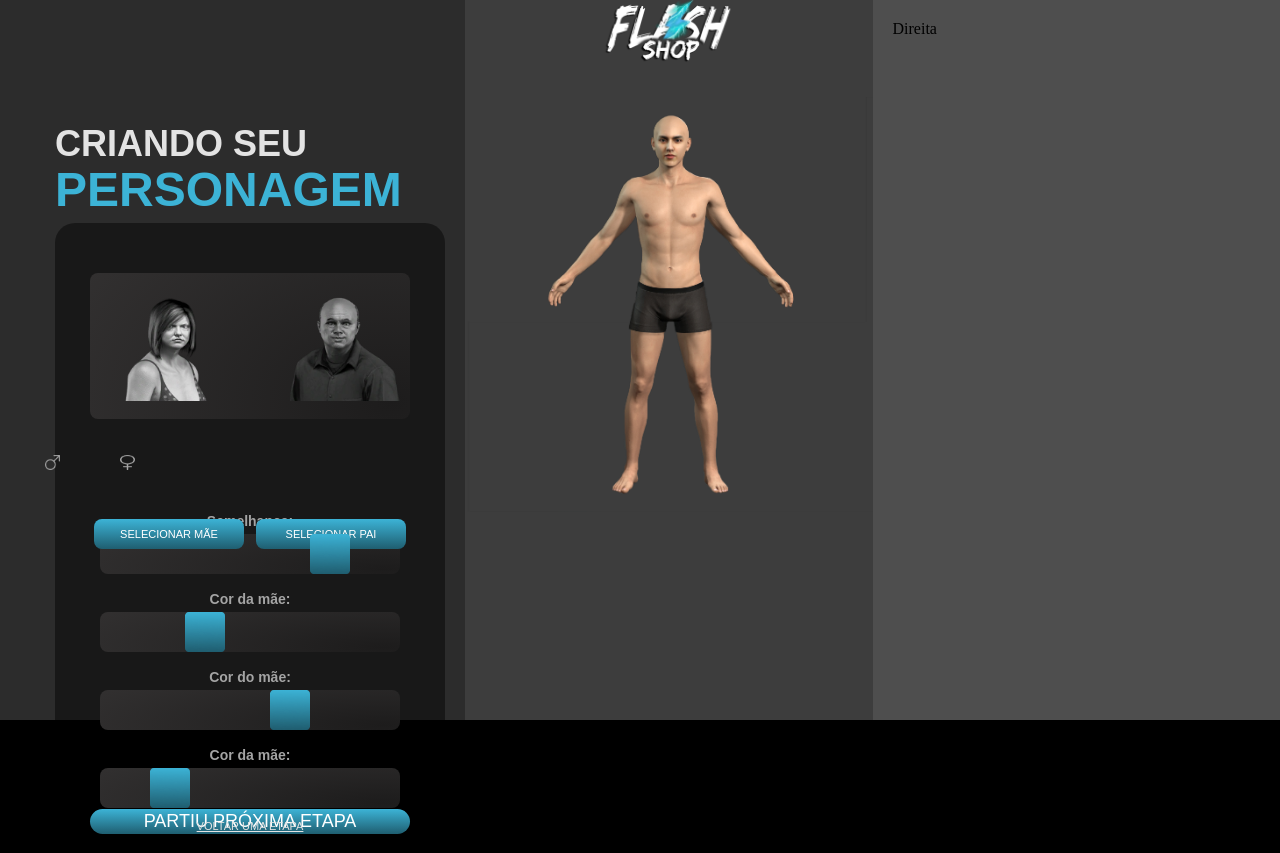
Repository: DuMCorrea/CriandoPerso
Page: index.html
These files come from the project's save history. The page is drawn as it stood at one moment and after a run of saves; the edit follows.
The browser window is 1280 px wide. The pictures show the whole page.

Above is the page before, as saved 2024-08-29 15:32:30.

### index.html
<!DOCTYPE html>
<html lang="en">
<head>
    <meta charset="UTF-8">
    <meta name="viewport" content="width=device-width, initial-scale=1.0">
    <title>Dividindo a Tela com Imagens</title>
    <link rel="stylesheet" href="styles.css">
</head>
<body>
    <div class="container">
        <div class="left">
            <h1 class="title">
                <span class="part1">CRIANDO SEU</span>
                <span class="part2">PERSONAGEM</span>
            </h1>
            <div class="vertical-rectangle">
                <div class="image-rectangle">
                    <img src="assets/mulher.png" alt="Imagem 1" class="rectangle-image">
                    <img src="assets/homem.png" alt="Imagem 2" class="rectangle-image">
                </div>
                <div class="button-group">
                    <button class="top-button">SELECIONAR MÃE</button>
                    <button class="top-button">SELECIONAR PAI</button>
                </div>
                <div class="rectangles-group">
                    <div class="image-container">
                        <img src="assets/Fem.png" alt="Imagem 1" class="small-image left-image">
                        <img src="assets/Masc.png" alt="Imagem 2" class="small-image right-image">
                    </div>
                    <div class="rectangle-title">Semelhança:</div>
                    <div class="gradient-rectangle">
                        <img src="assets/quadradoAzul.png" alt="Imagem 1" class="small-image1">
                    </div>

                    <div class="rectangle-title">Cor da mãe:</div>
                    <div class="gradient-rectangle">
                        <img src="assets/quadradoAzul.png" alt="Imagem 2" class="small-image2">
                    </div>

                    <div class="rectangle-title">Cor do mãe:</div>
                    <div class="gradient-rectangle">
                        <img src="assets/quadradoAzul.png" alt="Imagem 3" class="small-image3">
                    </div>

                    <div class="rectangle-title">Cor da mãe:</div>
                    <div class="gradient-rectangle">
                        <img src="assets/quadradoAzul.png" alt="Imagem 4" class="small-image4">
                    </div>
                </div>
                <button class="rectangle-button">PARTIU PRÓXIMA ETAPA</button>
                <button class="back-button">VOLTAR UMA ETAPA</button>
            </div>
        </div>
        <div class="center">
            <img src="assets/FlashStore 1 (1).png" alt="Imagem 1" class="top-image">
            <img src="assets/boneco 2.png" alt="Imagem 2" class="center-image">
        </div>
        <div class="right">Direita</div>
    </div>
</body>

</html>

### styles.css
body, html {
    margin: 0;
    padding: 0;
    height: 100%;
    display: flex;
    justify-content: center;
    align-items: center;
    background-color: #000; /* Fundo escuro */
}

.container {
    display: flex;
    width: 100%;
    height: 100%;
}

.container > div {
    flex: 1; /* Cada div ocupa 1/3 do espaço disponível */
    height: 100%;
    padding: 20px;
    box-sizing: border-box;
}



/* PARTE ESQUERDA */



.left {
    background-color: #2c2c2c;
    display: flex;
    flex-direction: column;
    justify-content: flex-start;
    align-items: flex-start;

}

.title {
    margin: 100px 0 0 0; /* Adiciona margem superior para mover o título para baixo */
    padding: 0;
}

.part1 {
    font-family: 'Baloo Bhai', sans-serif;
    font-size: 36px;
    font-weight: 700; /* Aumenta o peso da fonte para deixá-la mais grossa */
    line-height: 48px;
    text-align: left;
    color: #E3E3E3;
    display: block;
    margin-bottom: -10px; /* Reduz a distância entre as duas partes do título */
    margin-left: 35px;
}

.part2 {
    font-family: 'Baloo Bhai', sans-serif;
    font-size: 48px;
    font-weight: 700; /* Aumenta o peso da fonte para deixá-la mais grossa */
    line-height: 64px;
    text-align: left;
    color: #3CB3D6;
    display: block;
    margin-left: 35px;
}

.vertical-rectangle {
    width: 390px; /* Largura do retângulo */
    height: 630px; /* Altura do retângulo */
    background: #00000075; /* Cor de fundo com opacidade */
    border-radius: 20px; /* Bordas arredondadas */
    margin-left: 35px; /* Alinhamento com o título */
    margin-top: 1px; /* Espaço entre o título e o retângulo */
    display: flex;
    flex-direction: column;
    justify-content: space-between; /* Distribui o espaço */
    align-items: center; /* Centraliza os conteúdos */
}


.rectangle-button {
    width: 320px; /* Largura do botão */
    height: 50px; /* Altura do botão */
    background: linear-gradient(180deg, #3CB3D6 0%, #1F5E70 100%); /* Gradiente de cor */
    border-radius: 15px; /* Bordas arredondadas */
    border: none; /* Remove borda padrão do botão */
    color: white; /* Cor do texto */
    font-family: 'Baloo Bhai', sans-serif;
    font-size: 18px; /* Tamanho do texto */
    display: flex;
    justify-content: center; /* Centraliza horizontalmente */
    align-items: center; /* Centraliza verticalmente */
    margin-bottom: -15px; /* Ajusta o espaçamento superior */
    cursor: pointer;
}

.back-button {
    background: none; /* Remove o fundo */
    border: none; /* Remove a borda */
    color: #E3E3E3; /* Cor do texto */
    font-family: 'Baloo Bhai', sans-serif;
    font-size: 11px; /* Tamanho do texto */
    margin-bottom: 20px; /* Espaçamento superior ajustado */
    text-decoration: underline; /* Adiciona sublinhado */
    cursor: pointer; /* Muda o cursor ao passar por cima */
}


.button-group {
    display: flex;
    justify-content: space-between; /* Espaça os botões igualmente */
    width: 0%; /* Largura igual à do retângulo */
    padding: 10px 20px; /* Adiciona espaçamento ao redor dos botões */
}

.top-button {
    width: 50px; /* Largura dos botões */
    height: 40px; /* Altura dos botões */
    background: linear-gradient(180deg, #3CB3D6 0%, #1F5E70 100%); /* Gradiente de cor */
    border-radius: 15px; /* Bordas arredondadas */
    border: none; /* Remove borda padrão do botão */
    color: white; /* Cor do texto */
    font-family: 'Baloo Bhai', sans-serif;
    font-size: 16px; /* Tamanho do texto */
    display: flex;
    justify-content: center; /* Centraliza horizontalmente */
    align-items: center; /* Centraliza verticalmente */
    cursor: pointer;
}




.gradient-rectangle {
    width: 300px; /* Largura igual ao botão */
    height: 40px; /* Altura padrão para cada retângulo, ajuste conforme necessário */
    background: radial-gradient(547.21% 823.76% at 94.51% 88.04%, #1D1C1C 0%, #837E7E 100%);
    border-radius: 8px; /* Bordas arredondadas, igual ao botão */
    margin-bottom: 1px; /* Diminui a distância entre os retângulos */
    margin-top: 38px;
    margin-left: 0px;
}

.rectangle-title {
    width: 300px; /* Largura igual ao botão e retângulos */
    height: 30px; /* Altura do título */
    border-radius: 8px; /* Bordas arredondadas */
    display: flex;
    align-items: center; /* Centraliza verticalmente o texto */
    justify-content: center; /* Centraliza horizontalmente o texto */
    color: #A4A4A4; /* Cor do texto */
    font-weight: 700;
    font-family: 'Baloo Bhai', sans-serif;
    font-size: 14px; /* Tamanho do texto */
    margin-bottom: -40px; /* Espaçamento entre o título e o retângulo */
    margin-top: 10px;

}

.image-container {
    width: 50%;
    display: flex;
    justify-content: space-between; /* Coloca uma imagem em cada lado */
    position: absolute; /* As imagens ficam fora do fluxo normal */
    top: 10px; /* Ajusta a posição acima do retângulo */
    padding: 0 10px; /* Espaçamento lateral entre as bordas */
}

.small-image {
    width: 15px; /* Define o tamanho da imagem */
    height: 15px;
}

.left-image {
    position: relative;
    left: 10px;
    top: 445px;
}

.right-image {
    position: relative;
    right: 690px;
    top: 445px
}

.small-image1 {
    width: 40px;
    height: 40px;
    left: 210px;
    position: relative;
}
.small-image2 {
    width: 40px;
    height: 40px;
    left: 85px;
    position: relative;
}
.small-image3 {
    width: 40px;
    height: 40px;
    left: 170px;
    position: relative;
}
.small-image4 {
    width: 40px;
    height: 40px;
    left: 50px;
    position: relative;
}

.button-group {
    display: flex;
    justify-content: space-between; /* Espaça os botões igualmente */
    width: 80%; /* Largura do grupo de botões */
    height: 1%;
    top: 70px;
    position: relative;
}

.top-button {
    width: 150px; /* Largura dos botões */
    height: 30px; /* Altura dos botões */
    background: linear-gradient(180deg, #3CB3D6 0%, #1F5E70 100%); /* Gradiente de cor */
    border-radius: 8px; /* Bordas arredondadas */
    border: none; /* Remove borda padrão do botão */
    color: white; /* Cor do texto */
    font-family: 'Baloo Bhai', sans-serif;
    font-size: 11px; /* Tamanho do texto */
    cursor: pointer;
}

.rectangles-group {
    margin-top: 30px; /* Ajusta o espaçamento superior */
}

.image-rectangle {
    width: 300px; /* Largura do retângulo */
    height: 300px; /* Altura do retângulo */
    background: radial-gradient(547.21% 823.76% at 94.51% 88.04%, #1D1C1C 0%, #837E7E 100%); /* Gradiente de fundo */
    border-radius: 8px; /* Bordas arredondadas */
    display: flex;
    justify-content: space-between; /* Espaça as imagens igualmente */
    align-items: center; /* Centraliza verticalmente */
    margin-bottom: 20px; /* Espaço entre o retângulo e os botões */
    margin-top: 50px;
    padding: 0 10px; /* Espaçamento lateral interno */
}

.rectangle-image {
    width: 110px; /* Largura das imagens */
    height: 110px; /* Altura das imagens */
}

/* PARTE CENTRAL */



.center {
    background-color: #3d3d3d; /* Cor de fundo para a div central */
    display: flex;
    flex-direction: column;
    align-items: center;
    justify-content: space-between; /* Distribui o espaço entre as imagens */
}


.top-image {
    max-width: 40%;
    height: auto;
    margin-top: -60px;
}

.center-image {
    max-width: 200%;
    height: auto;
    margin-top: auto; /* Centraliza verticalmente */
    margin-bottom: 200px;
}


/* PARTE DIREITA */



.right {
    background-color: #4e4e4e; /* Cor de fundo para a div direita */
}

After the next 2 saves:
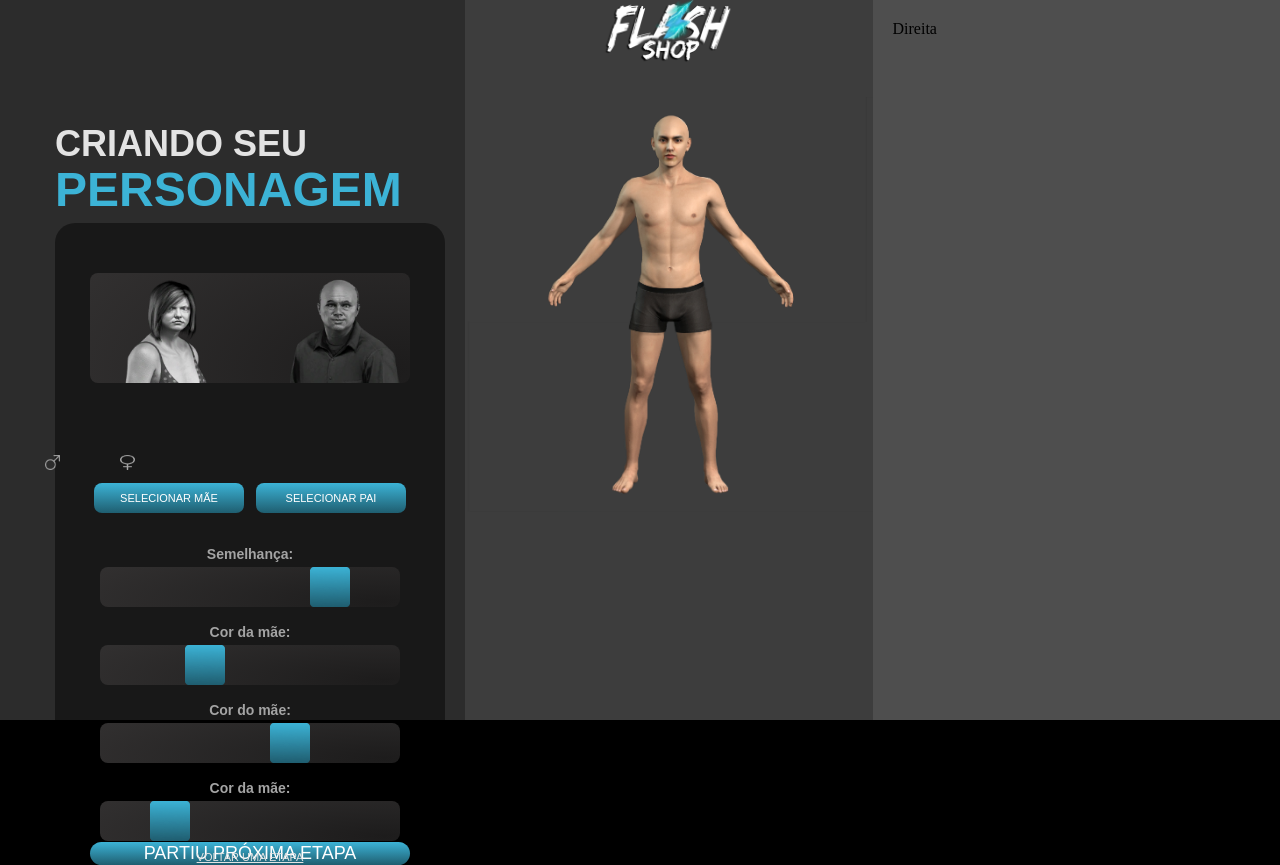
The 2 saves are shown as one change because they came seconds apart.
The last was saved 7 s later.
--- a/styles.css
+++ b/styles.css
@@ -230,7 +230,7 @@
 }
 
 .rectangles-group {
-    margin-top: 30px; /* Ajusta o espaçamento superior */
+    margin-top: 100px; /* Ajusta o espaçamento superior */
 }
 
 .image-rectangle {
